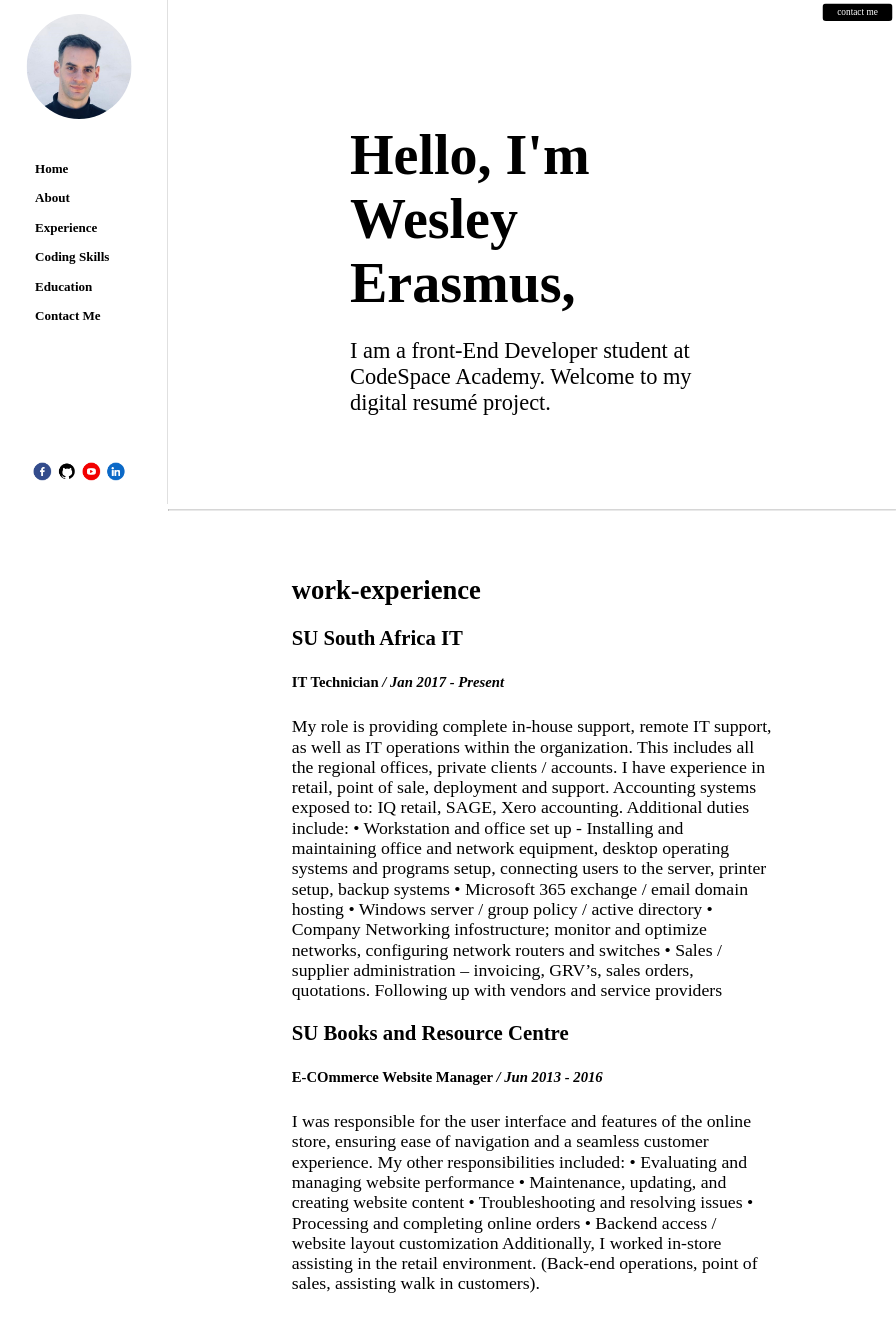
Repository: WesleyErasmus/MyDigitalResume-5
Page: index.html
An editor plug-in stored every save of this project. The page is shown before and after the next save, followed by the edit.
The browser window is 1280 px wide. The pictures show the part of the page from y = 0 to 1920 px (the page is 2720 px tall before and 2777 px after), at 70% of full size.

Above is the page before, as saved 2022-02-25 21:53:50.

After the next save:
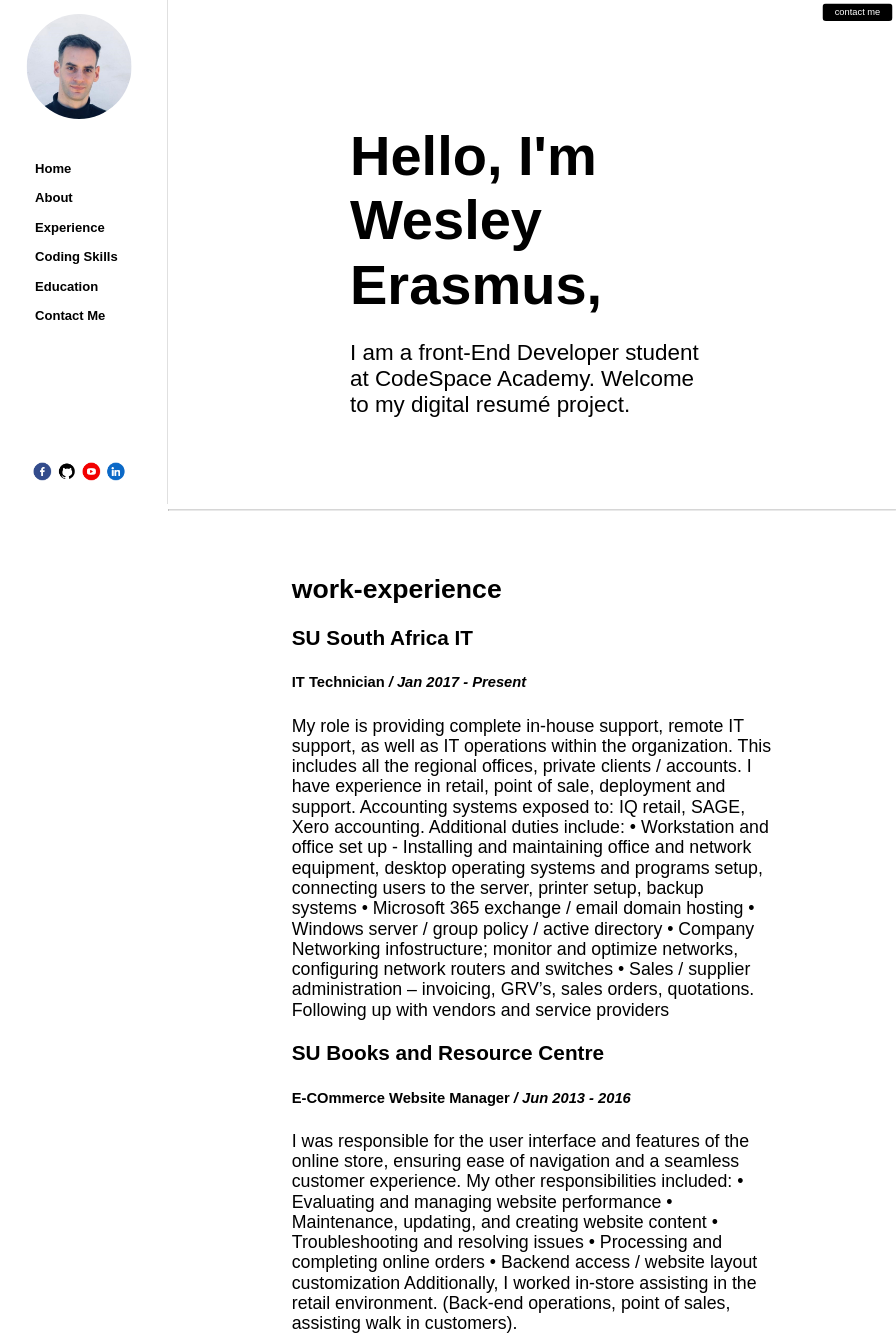
Saved 16 s later.
--- a/stylesheet.css
+++ b/stylesheet.css
@@ -1,7 +1,7 @@
 * {
   box-sizing: border-box;
   list-style-type: none;
-  font-family: serif;
+  font-family: Arial, Helvetica, sans-serif;
 }
 body {
   margin: 0 0 0 240px;
